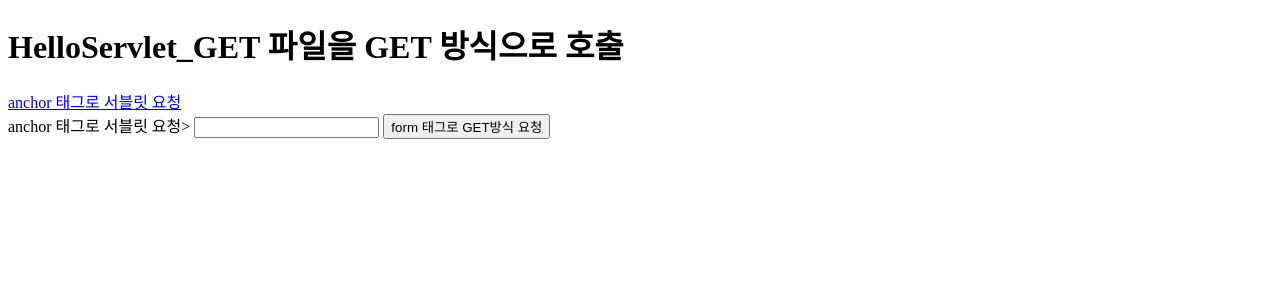
Repository: DistincTao/JSP
Page: http://localhost/JSPBasic/helloServletGet.jsp
These files come from the project's save history. The page is drawn as it stood at one moment and after the next save; the edit follows.
The browser window is 1280 px wide. The pictures show the whole page.
The page is served by Tomcat 9. Nobody is signed in. The application's start-up code is not run.

Above is the page before, as saved 2023-12-11 04:02:02.

After the next save:
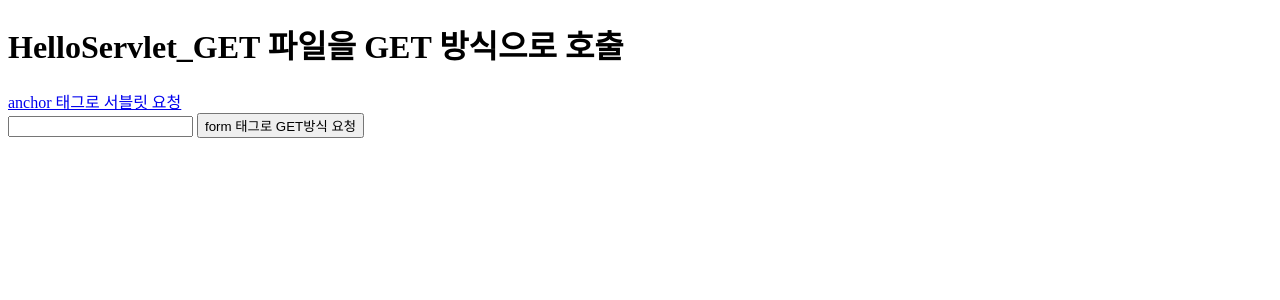
Saved 25 s later.
--- a/JSPBasic/src/main/webapp/helloServletGet.jsp
+++ b/JSPBasic/src/main/webapp/helloServletGet.jsp
@@ -13,7 +13,7 @@
 	</div>
 
 	<div>
-		<form action ="./hGET?name=" method = "GET">anchor 태그로 서블릿 요청>
+		<form action ="./hGET?name=" method = "GET">
 			<input type="text" name="name">
 			<button type="submit">form 태그로 GET방식 요청</button>
 		</form>
